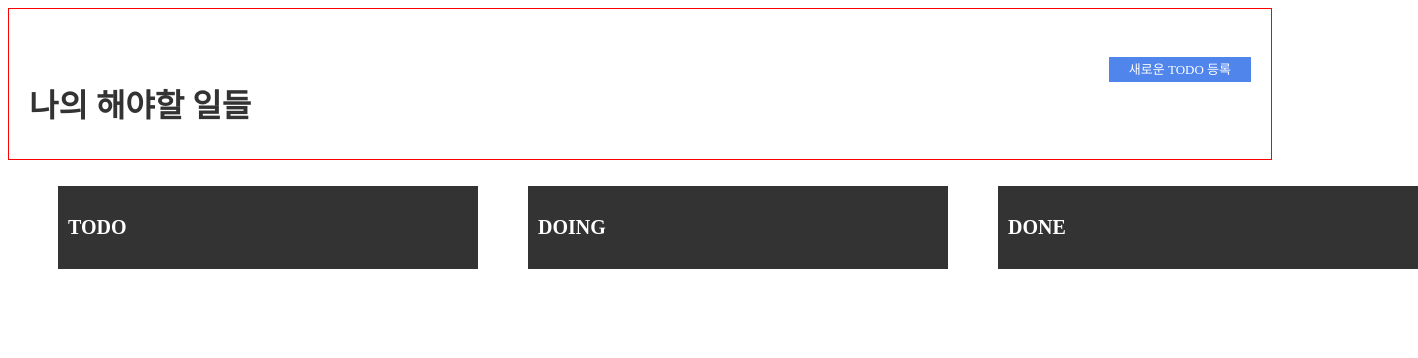
Repository: estellechoi/jsp-project-todo
Page: http://localhost/todo/MainServlet
These files come from the project's save history. The page is drawn as it stood at one moment and after the next save; the edit follows.
The browser window is 1280 px wide. The page is 1418 px wide, so the pictures cover 1418 px, including what lies to the right of the window. The pictures show the whole page.
The page is served by Tomcat 9. Queries for data that is not in the repository find no rows.

Above is the page before, as saved 2019-12-08 07:41:18.

After the next save:
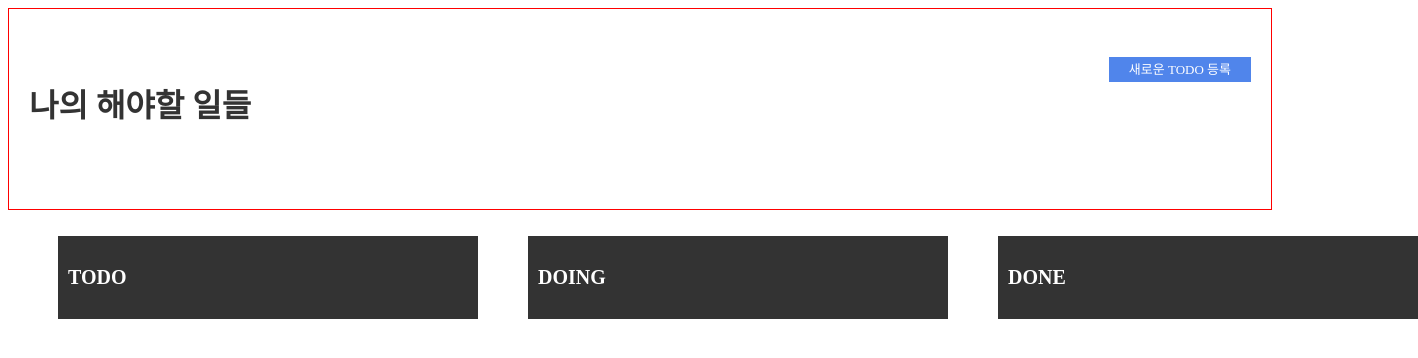
Saved 21 s later.
--- a/todo/src/main/webapp/jsp/main.jsp
+++ b/todo/src/main/webapp/jsp/main.jsp
@@ -26,7 +26,7 @@
 
 	header {
 		height: 100px;
-		padding: 50px 20px 0px 20px;
+		padding: 50px 20px 50px 20px;
 		border: 1px solid red;
 	}
 
